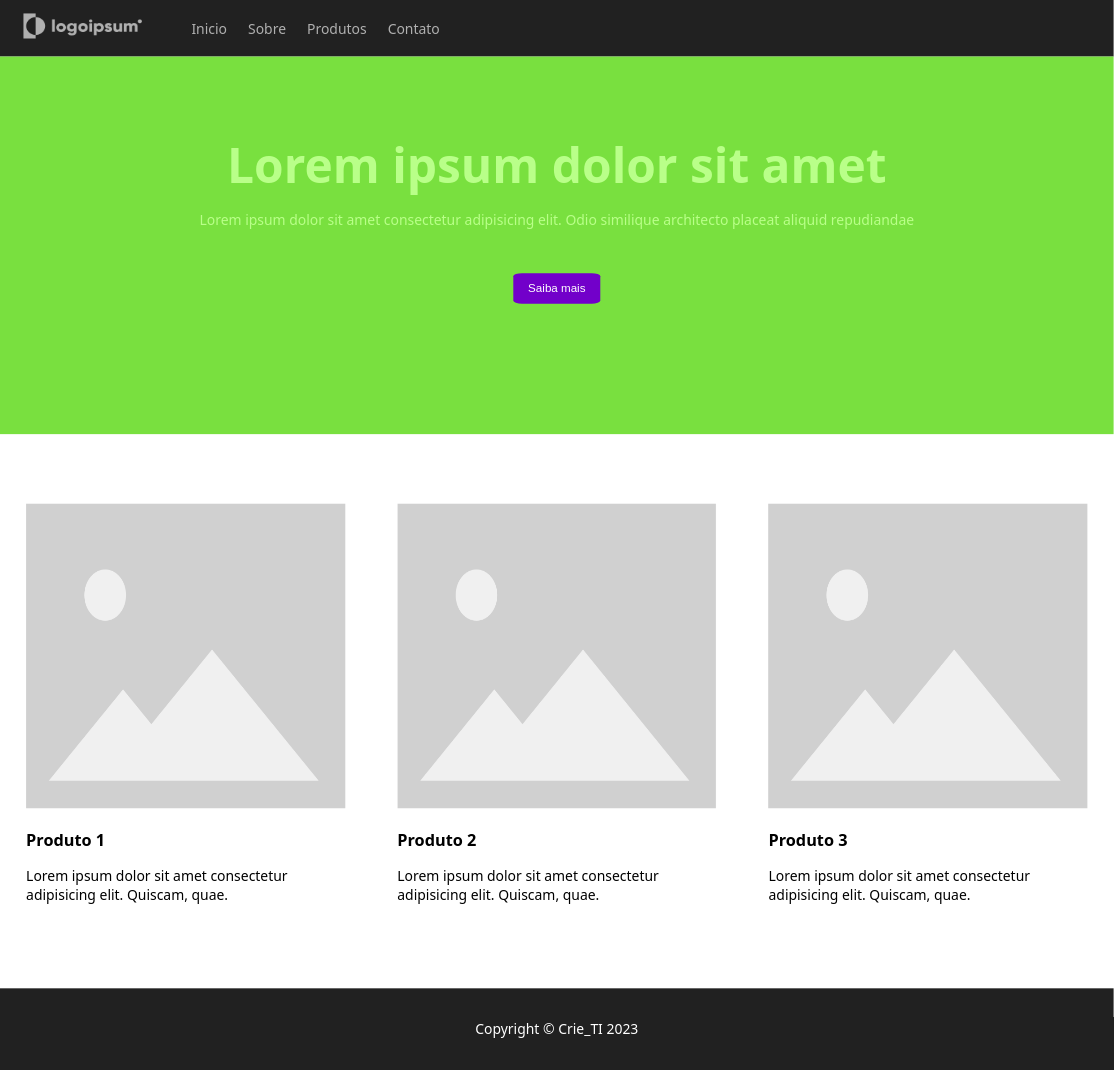
Repository: Carolden/SiteCrie_Ti
Page: index.html
An editor plug-in stored every save of this project. The page is shown before and after the next save, followed by the edit.
The browser window is 1280 px wide. The pictures show the whole page, at 87% of full size.

Above is the page before, as saved 2023-04-25 20:12:54.

After the next save:
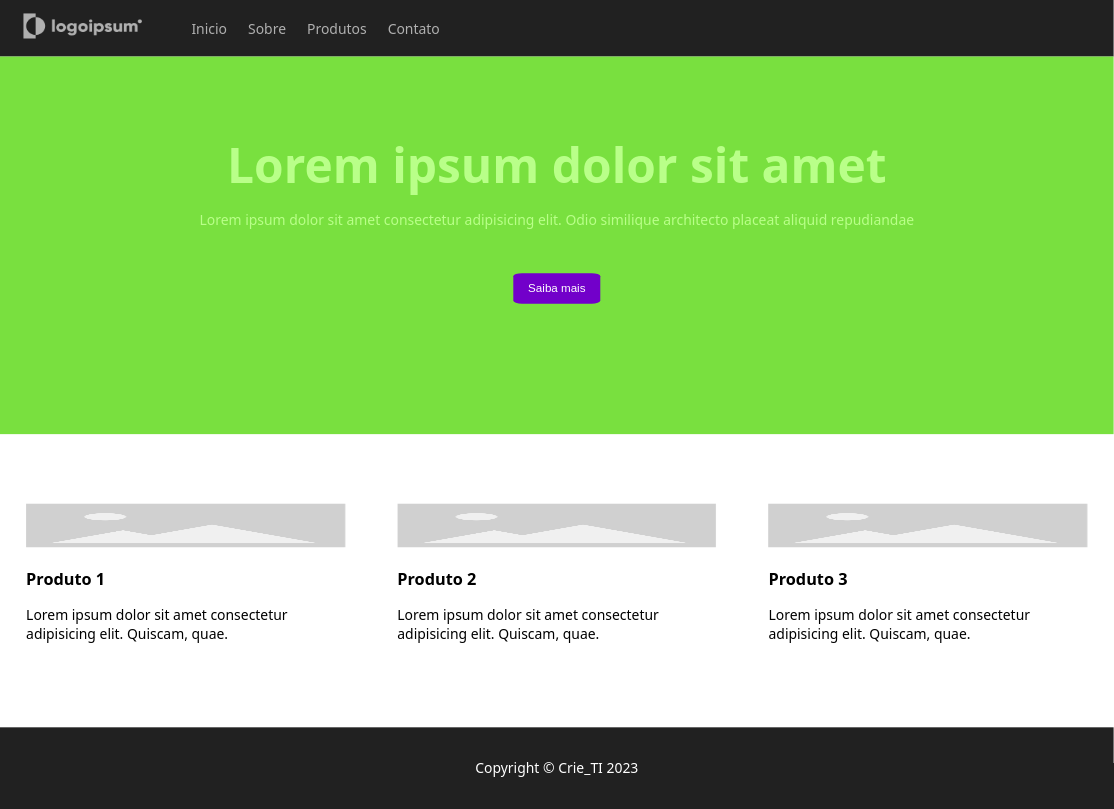
Saved 10 s later.
--- a/index.css
+++ b/index.css
@@ -84,7 +84,7 @@
 
 img {
     width: 100%;
-    height: 350px;
+    height: 50px;
     /* object-fit: cover; */
     /* text-align: center; */
     /* justify-content: center; */

After the save that followed:
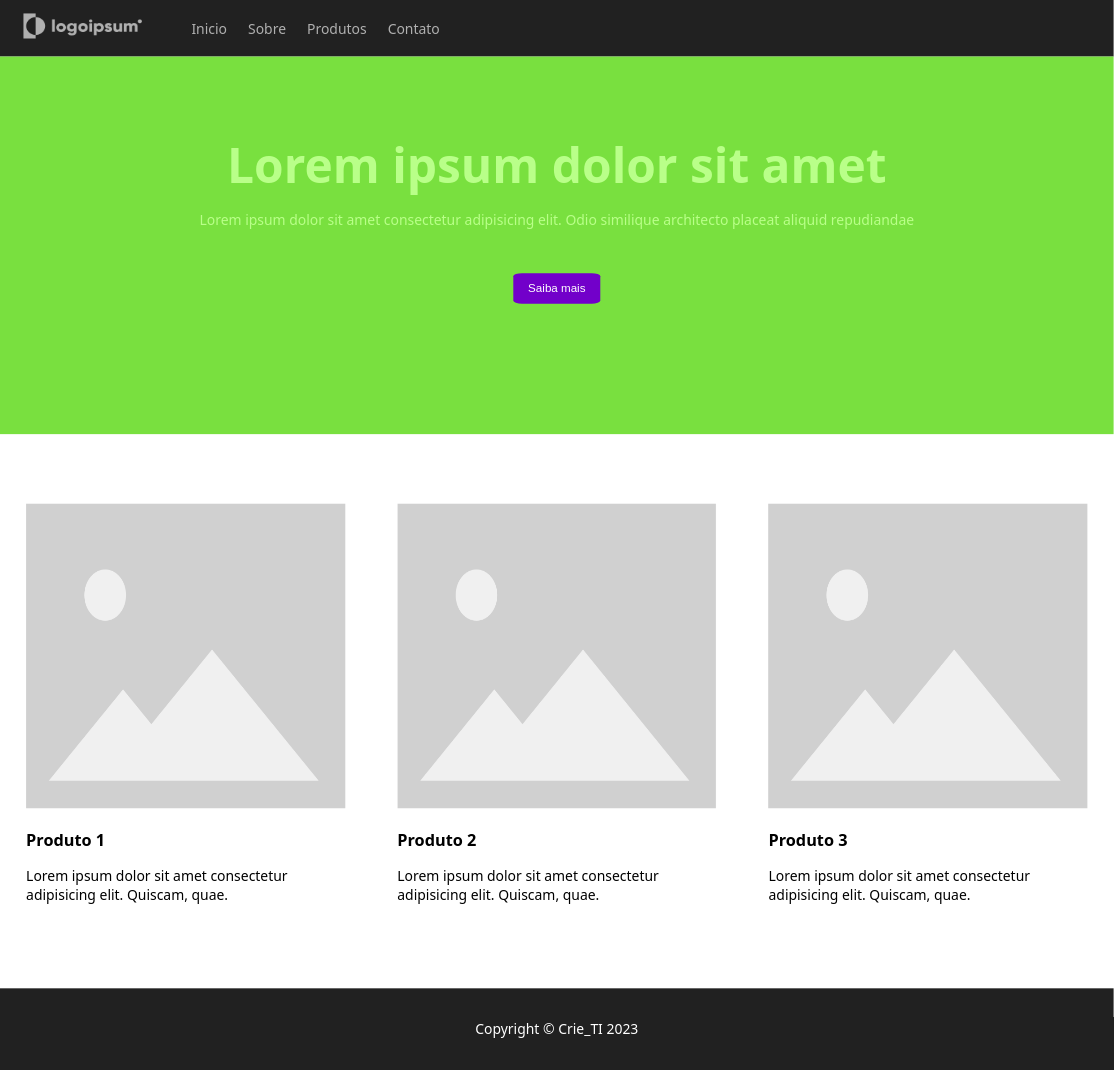
Saved 10 s later.
--- a/index.css
+++ b/index.css
@@ -84,7 +84,7 @@
 
 img {
     width: 100%;
-    height: 50px;
+    height: 350px;
     /* object-fit: cover; */
     /* text-align: center; */
     /* justify-content: center; */
